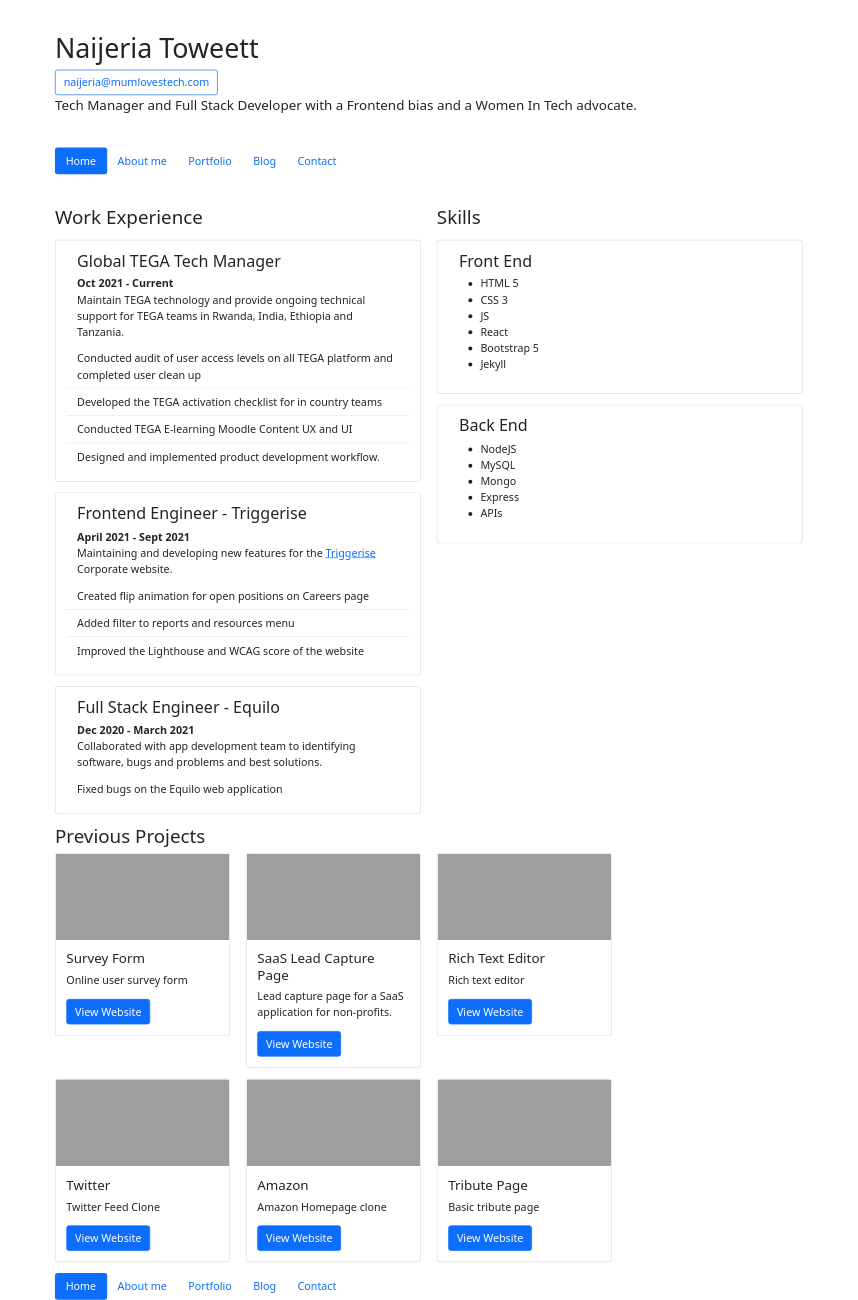
Repository: mamatechafrica/portfolio
Page: index.html
An editor plug-in stored every save of this project. The page is shown before and after a run of saves, followed by the edit.
The browser window is 1280 px wide. The pictures show the whole page, at 67% of full size.
Pictures or frames that could not be fetched are drawn as grey boxes.

Above is the page before, as saved 2022-01-04 20:08:41.

### index.html
<!doctype html>
<html lang="en">
    <head>
        <!-- Required meta tags -->
        <meta charset="utf-8">
        <meta name="viewport" content="width=device-width, initial-scale=1">

        <!-- Bootstrap CSS -->
        <link href="https://cdn.jsdelivr.net/npm/bootstrap@5.0.2/dist/css/bootstrap.min.css" rel="stylesheet" integrity="sha384-EVSTQN3/azprG1Anm3QDgpJLIm9Nao0Yz1ztcQTwFspd3yD65VohhpuuCOmLASjC" crossorigin="anonymous">

        <title>NashTheCoder portfolio</title>
    </head>
    <body>
        <div class="container my-5">
            <h1>Naijeria Toweett</h1>
            <a href="mailto:naijeria@mumlovestech.com" type="button" class="btn btn-outline-primary">
                naijeria@mumlovestech.com
            </a>
            <p class="lead">
                Tech Manager and Full Stack Developer with a Frontend bias and a Women In Tech advocate.
            </p>
        </div>

        <div class="container">
            <nav>
                <ul class="nav nav-pills ">
                    <li class="nav-item">
                        <a class="nav-link active" aria-current="page" href="#">Home</a>
                    </li>
                    <li class="nav-item">
                        <a class="nav-link" href="#">About me</a>
                    </li>
                    <li class="nav-item">
                        <a class="nav-link" href="#">Portfolio</a>
                    </li>
                    <li class="nav-item">
                        <a class="nav-link" href="https://mumlovestech.com/" target="blank">Blog</a>
                    </li>
                    <li class="nav-item">
                        <a class="nav-link" href="#">Contact</a>
                    </li>
                </ul>
            </nav>
        </div>

        <div class="container mt-5">
            <div class="row">
                <div class="col">
                    <h3 class="mb-3">Work Experience</h3>
                        <div class="card mb-3">
                            <div class="card-body">
                                <div class="mx-3">
                                    <h4>Global TEGA Tech Manager</h4>
                                    <div>
                                        <strong>Oct 2021 - Current</strong>
                                    </div>
                                    Maintain TEGA technology and provide ongoing technical support for
                                    TEGA teams in Rwanda, India, Ethiopia and Tanzania.
                                </div>
                                    <ul class="list-group list-group-flush mt-2">
                                        <li class="list-group-item">Conducted audit of user access levels on all TEGA platform and completed user clean up</li>
                                        <li class="list-group-item">Developed the TEGA activation checklist for in country teams</li>
                                        <li class="list-group-item">Conducted TEGA E-learning Moodle Content UX and UI</li>
                                        <li class="list-group-item">Designed and implemented product development workflow.</li>
                                    </ul>
                            </div>
                        </div>
                        <div class="card mb-3">
                            <div class="card-body">
                                <div class="mx-3">
                                    <h4>Frontend Engineer - Triggerise</h4>
                                    <div>
                                        <strong>April 2021 - Sept 2021</strong>
                                    </div>
                                    Maintaining and developing new features for the <a href="https://triggerise.org/">Triggerise</a> Corporate website.
                                </div>
                                    <ul class="list-group list-group-flush mt-2">
                                        <li class="list-group-item">Created flip animation for open positions on Careers page</li>
                                        <li class="list-group-item">Added filter to reports and resources menu</li>
                                        <li class="list-group-item">Improved the Lighthouse and WCAG score of the website</li>
                                    </ul>
                            </div>
                        </div>
                        <div class="card mb-3">
                            <div class="card-body">
                                <div class="mx-3">
                                    <h4>Full Stack Engineer - Equilo</h4>
                                    <div>
                                        <strong>Dec 2020 - March 2021</strong>
                                    </div>
                                    Collaborated with app development team to identifying software, bugs and problems and best solutions.
                                </div>
                                    <ul class="list-group list-group-flush mt-2">
                                        <li class="list-group-item">Fixed bugs on the Equilo web application</li>
                                    </ul>
                            </div>
                        </div>
                </div>
                <div class="col">
                    <h3 class="mb-3">Skills</h3>
                    <div class="card mb-3">
                        <div class="card-body">
                            <div class="mx-3">
                                <h4>Front End</h4>
                                    <ul>
                                        <li>HTML 5</li>
                                        <li>CSS 3</li>
                                        <li>JS</li>
                                        <li>React</li>
                                        <li>Bootstrap 5</li>
                                        <li>Jekyll</li>
                                    </ul>
                            </div>
                        </div>
                    </div>
                    <div class="card mb-3">
                        <div class="card-body">
                            <div class="mx-3">
                                <h4>Back End</h4>
                                    <ul>
                                        <li>NodeJS</li>
                                        <li>MySQL</li>
                                        <li>Mongo</li>
                                        <li>Express</li>
                                        <li>APIs</li>
                                    </ul>
                            </div>
                        </div>
                    </div>
                </div>
            </div>
        </div>

        <div class="container">
            <h3>Previous Projects</h3>
            <div class="row mb-3">
                <div class="col-lg-3">
                    <div class="card m-b-3">
                        <img src="https://picsum.photos/400/200" alt="Survey Form" class="card-img-top">
                        <div class="card-body">
                            <h5 class="card-title">Survey Form</h5>
                            <p class="card-text">Online user survey form</p>
                            <div class="btn btn-primary">View Website</div>
                        </div>
                    </div>
                </div>
                <div class="col-lg-3">
                    <div class="card m-b-3">
                        <img src="https://picsum.photos/400/200" alt="Survey Form" class="card-img-top">
                        <div class="card-body">
                            <h5 class="card-title">SaaS Lead Capture Page</h5>
                            <p class="card-text">Lead capture page for a SaaS application for non-profits.</p>
                            <div class="btn btn-primary">View Website</div>
                        </div>
                    </div>
                </div>
                <div class="col-lg-3">
                    <div class="card m-b-3">
                        <img src="https://picsum.photos/400/200" alt="Survey Form" class="card-img-top">
                        <div class="card-body">
                            <h5 class="card-title">Rich Text Editor</h5>
                            <p class="card-text">Rich text editor</p>
                            <div class="btn btn-primary">View Website</div>
                        </div>
                    </div>
                </div>
            </div>
            <div class="row mb-3">
                <div class="col-lg-3">
                    <div class="card m-b-3">
                        <img src="https://picsum.photos/400/200" alt="Survey Form" class="card-img-top">
                        <div class="card-body">
                            <h5 class="card-title">Twitter</h5>
                            <p class="card-text">Twitter Feed Clone</p>
                            <div class="btn btn-primary">View Website</div>
                        </div>
                    </div>
                </div>
                <div class="col-lg-3">
                    <div class="card m-b-3">
                        <img src="https://picsum.photos/400/200" alt="Survey Form" class="card-img-top">
                        <div class="card-body">
                            <h5 class="card-title">Amazon</h5>
                            <p class="card-text">Amazon Homepage clone</p>
                            <div class="btn btn-primary">View Website</div>
                        </div>
                    </div>
                </div>
                <div class="col-lg-3">
                    <div class="card m-b-3">
                        <img src="https://picsum.photos/400/200" alt="Survey Form" class="card-img-top">
                        <div class="card-body">
                            <h5 class="card-title">Tribute Page</h5>
                            <p class="card-text">Basic tribute page</p>
                            <div class="btn btn-primary">View Website</div>
                        </div>
                    </div>
                </div>
            </div>
        </div>

        <div class="container">
            <nav>
                <ul class="nav nav-pills ">
                    <li class="nav-item">
                        <a class="nav-link active" aria-current="page" href="#">Home</a>
                    </li>
                    <li class="nav-item">
                        <a class="nav-link" href="#">About me</a>
                    </li>
                    <li class="nav-item">
                        <a class="nav-link" href="#">Portfolio</a>
                    </li>
                    <li class="nav-item">
                        <a class="nav-link" href="https://mumlovestech.com/" target="blank">Blog</a>
                    </li>
                    <li class="nav-item">
                        <a class="nav-link" href="#">Contact</a>
                    </li>
                </ul>
            </nav>
        </div>

        <!-- Optional JavaScript; choose one of the two! -->

        <!-- Option 1: Bootstrap Bundle with Popper -->
        <script src="https://cdn.jsdelivr.net/npm/bootstrap@5.0.2/dist/js/bootstrap.bundle.min.js" integrity="sha384-MrcW6ZMFYlzcLA8Nl+NtUVF0sA7MsXsP1UyJoMp4YLEuNSfAP+JcXn/tWtIaxVXM" crossorigin="anonymous"></script>

        <!-- Option 2: Separate Popper and Bootstrap JS -->
        <!--
        <script src="https://cdn.jsdelivr.net/npm/@popperjs/core@2.9.2/dist/umd/popper.min.js" integrity="sha384-IQsoLXl5PILFhosVNubq5LC7Qb9DXgDA9i+tQ8Zj3iwWAwPtgFTxbJ8NT4GN1R8p" crossorigin="anonymous"></script>
        <script src="https://cdn.jsdelivr.net/npm/bootstrap@5.0.2/dist/js/bootstrap.min.js" integrity="sha384-cVKIPhGWiC2Al4u+LWgxfKTRIcfu0JTxR+EQDz/bgldoEyl4H0zUF0QKbrJ0EcQF" crossorigin="anonymous"></script>
        -->
    </body>
</html>

After the next 2 saves:
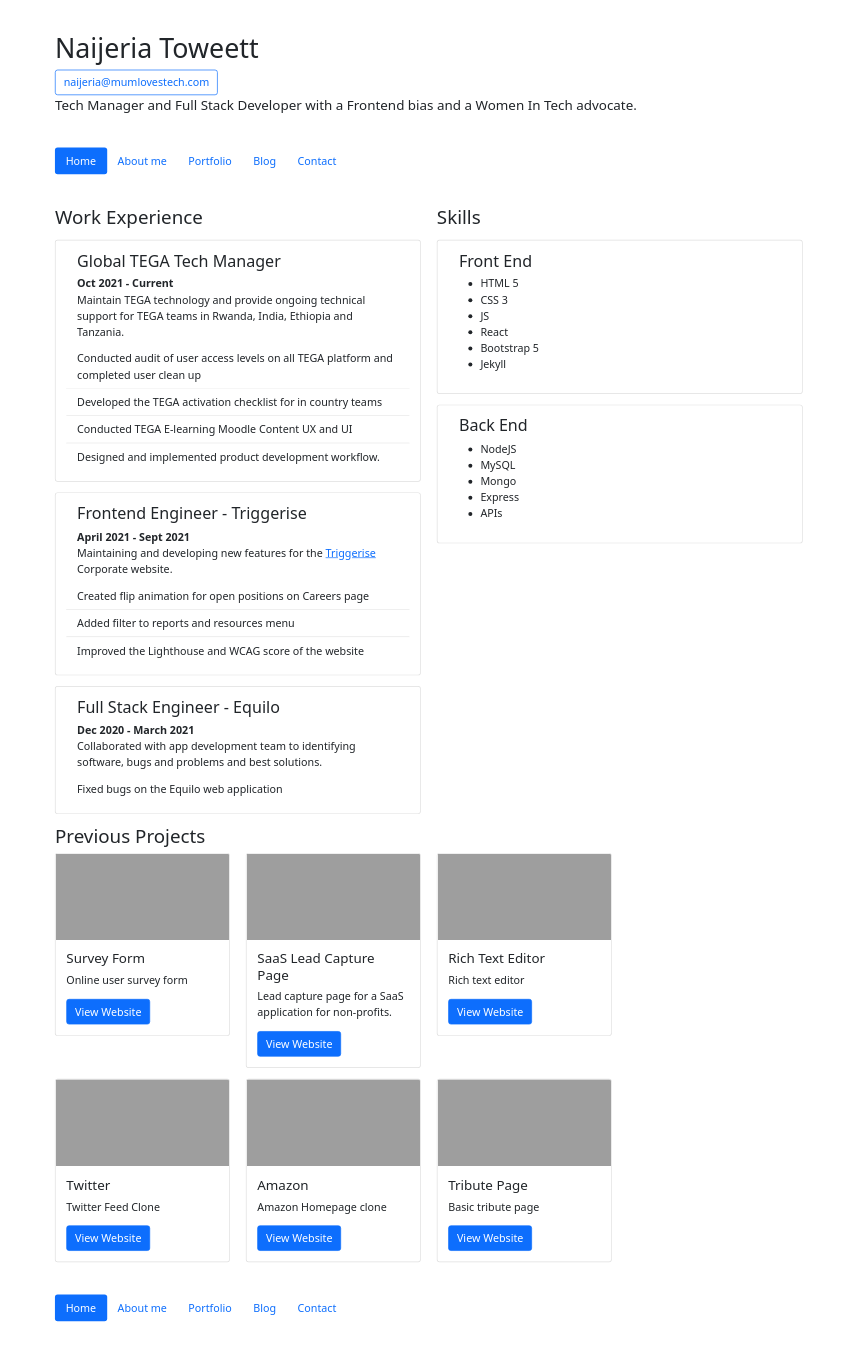
The 2 saves are shown as one change because they came seconds apart.
The last was saved 33 s later.
--- a/index.html
+++ b/index.html
@@ -199,9 +199,9 @@
             </div>
         </div>
 
-        <div class="container">
+        <div class="container my-5">
             <nav>
-                <ul class="nav nav-pills ">
+                <ul class="nav nav-pills">
                     <li class="nav-item">
                         <a class="nav-link active" aria-current="page" href="#">Home</a>
                     </li>
